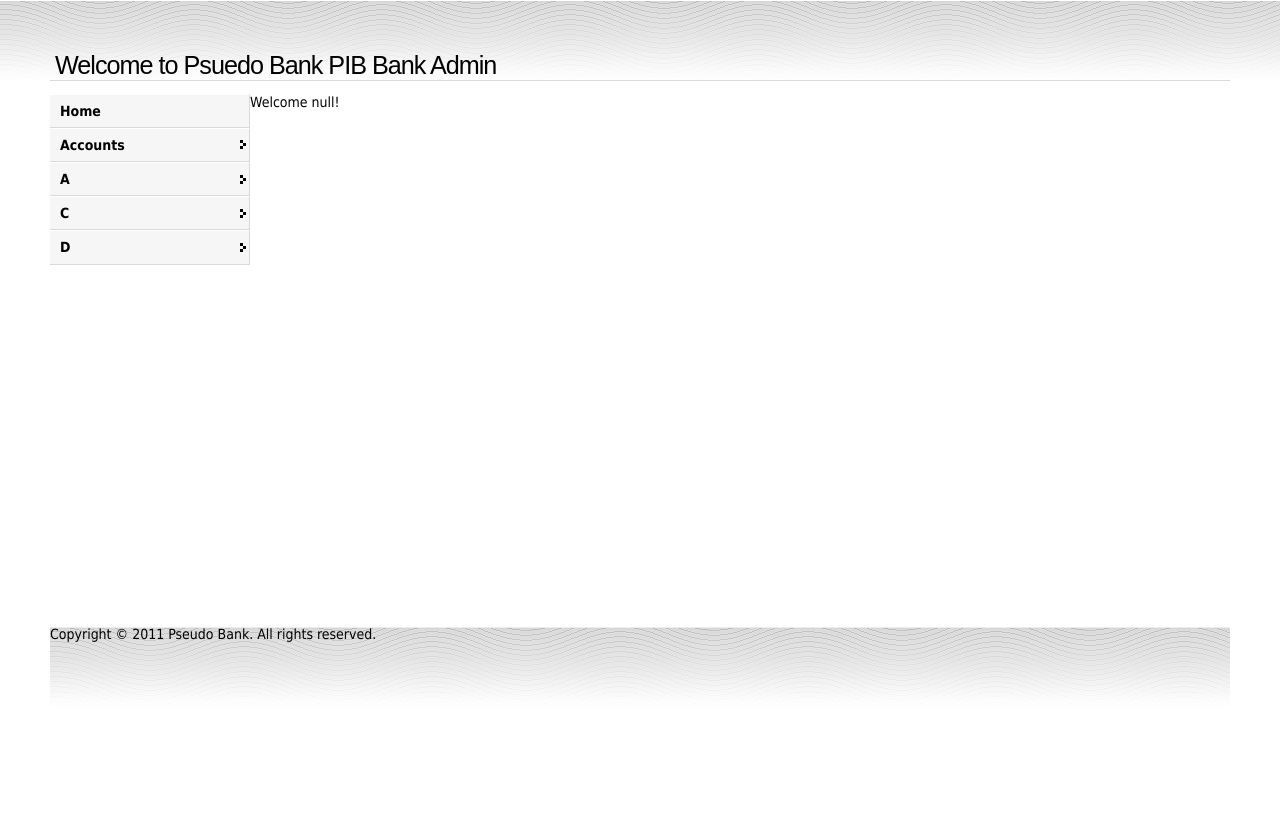
Repository: hareth12/Final-Year-Project
Page: http://localhost/bankAdmin/Landing/L2/landing.jsp
The author's editor kept a copy of each file at every save. The page is drawn from the files as they stood at one save, then again after the next save.
The browser window is 1280 px wide. The pictures show the whole page.
The page is served by Tomcat 9. Other server files are loaded and not shown.

Above is the page before, as saved 2011-09-30 06:13:48.

### bankAdmin/WebContent/Landing/L2/landing.jsp
<!DOCTYPE html PUBLIC "-//W3C//DTD XHTML 1.0 Transitional//EN" "http://www.w3.org/TR/xhtml1/DTD/xhtml1-transitional.dtd">
<html xmlns="http://www.w3.org/1999/xhtml" xml:lang="en" lang="en">
<head>
<title>Psuedo Bank Personal Internal Banking</title>
<meta http-equiv="Content-Type" content="text/html; charset=utf-8" />
<meta name="author" content="Tom@Lwis (http://www.lwis.net/free-css-drop-down-menu/)" />
<meta name="keywords" content="css, dropdowns, dropdown menu, drop-down, menu, navigation, nav, horizontal, vertical left-to-right, vertical right-to-left, horizontal linear, horizontal upwards, cross browser, internet explorer, ie, firefox, safari, opera, browser, lwis" />
<meta name="description" content="Simple vertical left-to-right direction css drop-down menu demo using clean, standards-friendly, free, easy, cross browser framework for css drop-down menus" />
<link href="/bankAdmin/asset/secured/helper.css" media="screen" rel="stylesheet" type="text/css" />

<style type="text/css">

/* Layout */
@import "/bankAdmin/asset/secured/dropdown.css";
@import "/bankAdmin/asset/secured/dropdown.vertical.css";

/* Theme */
@import "/bankAdmin/asset/secured/default.css";

</style>


</head>
<body>
<div id="wrap">  <!-- This wrap div needs to encompass everything except the footer div at bottom -->
<h1>Welcome to Psuedo Bank PIB Bank Admin</h1>

<ul id="nav" class="dropdown dropdown-vertical">
    <li><a href="#">Home</a></li>
    <li class="dir">Accounts
        <ul>
            <li><a href="/bankAdmin/AccountCreation">Accounts Creation</a></li>
            <li><a href="/bankAdmin/AccountActivation">Accounts Activation</a></li>
                <ul>
                    <li><a href="./">1</a></li>
                    <li><a href="./">2</a></li>
                    <li><a href="./">3</a></li>
                    <li><a href="./">4</a></li>
                    <li><a href="./">5</a></li>
                </ul>
            </li>
        </ul>
    </li>
    <li class="dir">A
        <ul>
            <li><a href="#">1</a></li>
            <li><a href="#">2</a></li>
            <li><a href="#">3</a></li>
        </ul>
    </li>
    <li class="dir">C
        <ul>
            <li><a href="./">1</a></li>
            <li><a href="./">2</a></li>
            <li><a href="./">3</a></li>
        </ul>
    </li>
    <li class="dir">D</a>
        <ul>
            <li><a href="./">1</a></li>
        </ul>
    </li>
</ul>
	<div id="main">
	Welcome <%=((String)request.getAttribute("userName")) %>!

	</div>

</div>

<div class="footer">
	<div id="foot"> <!-- this extra div is just centering the fixed width area of the footer content -->

    <p>Copyright &copy; 2011 Pseudo Bank. All rights reserved.</p>
    </div>
</div>

</body>


</html>

### bankAdmin/WebContent/asset/secured/helper.css

* {
 margin: 0;
 padding: 0;
}

body {
 padding: 50px;
 border-top: solid 1px #fff;
 background: #fff url(images/pattern1.png) 0 0 repeat-x;
 font: 14px/normal Tahoma, Arial, Helvetica, sans-serif;
}

html, body{height: 100%;}

#wrap {min-height: 80%;}

#main {overflow:auto;
    padding-bottom: 20%;}  /* must be same height as the footer */

footer {

 position: relative;
 margin-top: -20%;
 height: 20%;
 clear:both;
 text-align: center;
 width:100%;
}

/* Footer */
#footer {background: #444444 url('images/footer.gif') repeat-x;color:#ffffff;font-size:11px;font-family:Verdana, Arial, sans-serif}
#footer2 {background-color: #444444;color:#ffffff;font-size:11px;font-family:Verdana, Arial, sans-serif;height:140px}
#footer a, #footer2 a {color:#ffffff;text-decoration:underline}
#footer a:hover, #footer2 a:hover {color:#804249;text-decoration:underline}
#footer a:visited, #footer2 a:visited  {color:#ffffff;text-decoration:underline}
#footer p, #footer2 p {margin:0 0 15px 0}
#footer p.axe img, #footer2 p.axe img {margin-bottom:-7px}
#foot {width:100%;margin:0 auto;background: url('images/pattern1.png') repeat-x;height:140px;line-height:1.1em;padding: 0;}
#foot2 {width:800px;margin:0 auto;height:140px;line-height:1.1em;padding:0 10px 0 10px}
#foot #left {width:400px;float:left;padding-top:72px}
#foot #right {width:250px;float:right;text-align:right;padding-top:72px}
#foot2 #left {width:450px;float:left;padding-top:45px}
#foot2 #right {width:250px;float:right;text-align:right;padding-top:45px}

.clearfix:after {content: ".";display: block;height: 0;clear: both;visibility: hidden}
.clearfix {display: inline-block}
* html .clearfix {height: 1%}
.clearfix {display: block}


p { margin-bottom: 1em; }

ul.classic {
 list-style: disc;
 margin-bottom: 1em;
 padding-left: 2em;
}

h1,h2,h3 {
 margin-bottom: .5em;
 font-family: Arial, Helvetica, sans-serif;
 line-height: normal;
}

h1 {
 border-bottom: solid 1px #d9d9d9;
 font-weight: normal;
 font-size: 180%;
 text-indent: 5px;
 letter-spacing: -1px;
}

.dropdown-upward {
 margin-top: 400px !important;
}

### bankAdmin/WebContent/asset/secured/dropdown.css
@charset "UTF-8";

/**
 * Horizontal CSS Drop-Down Menu Module
 *
 * @file        dropdown.css
 * @package     Dropdown
 * @version     0.7.1
 * @type        Transitional
 * @stacks      597-599
 * @browsers    Windows: IE6+, Opera7+, Firefox1+
 *              Mac OS: Safari2+, Firefox2+
 *
 * @link        http://www.lwis.net/
 * @copyright   2006-2008 Live Web Institute. All Rights Reserved.
 *
 */

ul.dropdown,
ul.dropdown li,
ul.dropdown ul {
 list-style: none;
 margin: 0;
 padding: 0;
}

ul.dropdown {
 position: relative;
 z-index: 597;
 float: left;
}

ul.dropdown li {
 float: left;
 line-height: 1.3em;
 vertical-align: middle;
 zoom: 1;
}

ul.dropdown li.hover,
ul.dropdown li:hover {
 position: relative;
 z-index: 599;
 cursor: default;
}

ul.dropdown ul {
 visibility: hidden;
 position: absolute;
 top: 100%;
 left: 0;
 z-index: 598;
 width: 100%;
}

ul.dropdown ul li {
 float: none;
}

ul.dropdown ul ul {
 top: 1px;
 left: 99%;
}

ul.dropdown li:hover > ul {
 visibility: visible;
}

### bankAdmin/WebContent/asset/secured/dropdown.vertical.css
@charset "UTF-8";

/**
 * Vertical Left-to-Right Direction CSS Drop-Down Menu Component
 *
 * @file		dropdown.vertical.css
 * @package		Dropdown
 * @version		0.3
 * @type		Transitional
 * @requires	dropdown.css
 * @browsers	Windows: IE5+, Opera7+, Firefox1+
 *				Mac OS: Safari2+, Firefox2+
 *
 * @link		http://www.lwis.net/
 * @copyright	2006-2008 Live Web Institute. All Rights Reserved.
 *
 */

@import "dropdown.css";

ul.dropdown-vertical {
 width: 200px;
}

ul.dropdown-vertical ul {
 top: 1px;
 left: 99%;
}

ul.dropdown-vertical li {
 float: none;
}

### bankAdmin/WebContent/asset/secured/default.css
@charset "UTF-8";

/**
 * Default CSS Drop-Down Menu Theme
 *
 * @file		default.css
 * @name		Default
 * @version		0.1.1
 * @type		transitional
 * @browsers	Windows: IE5+, Opera7+, Firefox1+
 *				Mac OS: Safari2+, Firefox2+
 *
 * @link		http://www.lwis.net/
 * @copyright	2008 Live Web Institute. All Rights Reserved.
 *
 * Module Classes: *.dir {} *.on {} *.open {} li.hover {} li.first {} li.last {}
 * Expected directory tag - li
 *
 */


/*-------------------------------------------------/
 * @section		Base Drop-Down Styling
 * @structure	ul (unordered list)
 *				ul li (list item)
 *				ul li a (links)
 *				/*\.class|(li|a):hover/
 * @level sep	ul
 */


ul.dropdown {
 font-weight: bold;
}

	ul.dropdown li {
	 padding: 7px 10px;
	 border-style: solid;
	 border-width: 1px 1px 1px 0;
	 border-color: #fff #d9d9d9 #d9d9d9;
	 background-color: #f6f6f6;
	 color: #000;
	}

	ul.dropdown li.hover,
	ul.dropdown li:hover {
	 background-color: #eee;
	 color: #000;
	}

	ul.dropdown a:link,
	ul.dropdown a:visited	{ color: #000; text-decoration: none; }
	ul.dropdown a:hover		{ color: #000; }
	ul.dropdown a:active	{ color: #ffa500; }


	/* -- level mark -- */

	ul.dropdown ul {
	 width: 150px;
	 margin-top: 1px;
	}

		ul.dropdown ul li {
		 font-weight: normal;
		}



/*-------------------------------------------------/
 * @section		Support Class `dir`
 * @level sep	ul, .class
 */


ul.dropdown *.dir {
 padding-right: 20px;
 background-image: url(../secured/images/nav-arrow-down.png);
 background-position: 100% 50%;
 background-repeat: no-repeat;
}


/* -- Components override -- */

ul.dropdown-horizontal ul *.dir {
 padding-right: 15px;
 background-image: url(../secured/images/nav-arrow-right.png);
 background-position: 100% 50%;
 background-repeat: no-repeat;
}

ul.dropdown-upward *.dir {
 background-image: url(../secured/images/nav-arrow-top.png);
}

ul.dropdown-vertical *.dir,
ul.dropdown-upward ul *.dir {
 background-image: url(../secured/images/nav-arrow-right.png);
}

ul.dropdown-vertical-rtl *.dir {
 padding-right: 10px;
 padding-left: 15px;
 background-image: url(../secured/images/nav-arrow-left.png);
 background-position: 0 50%;
}

After the next save:
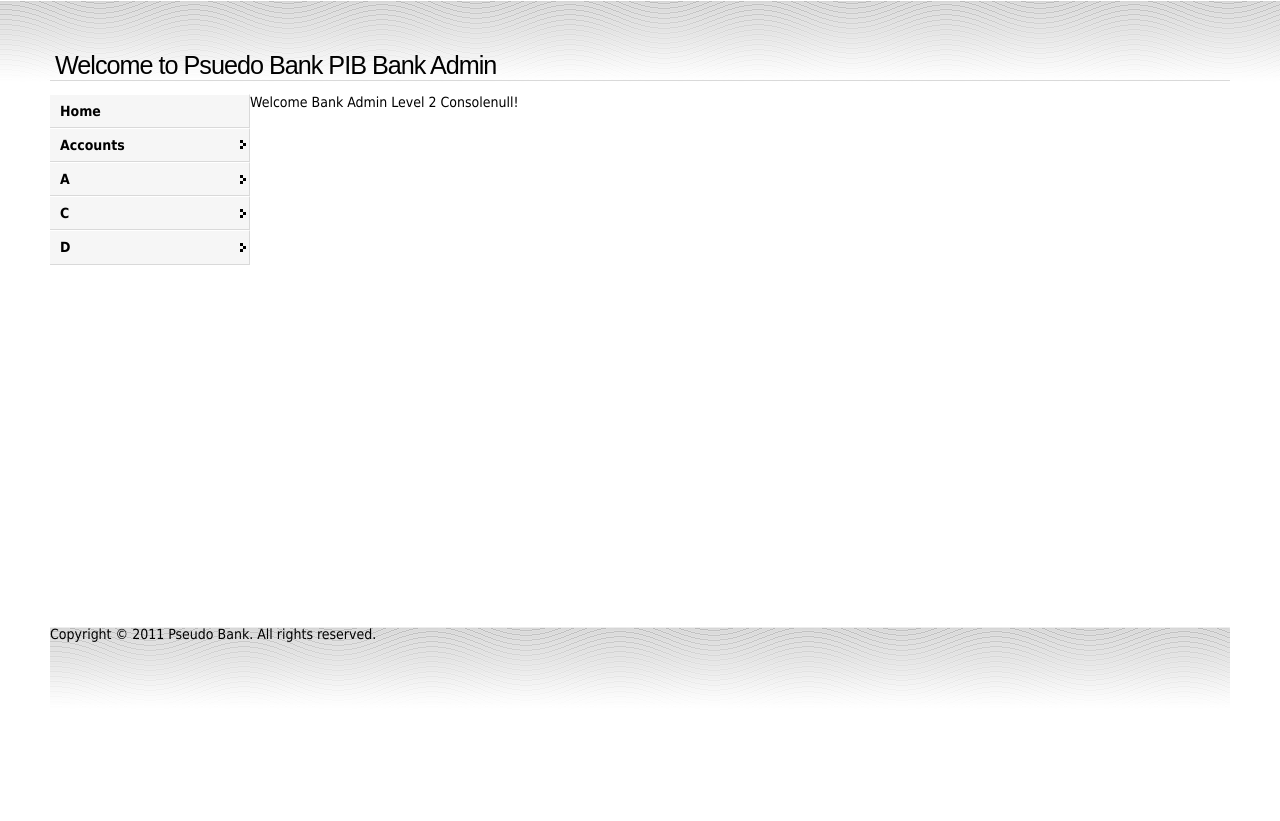
Saved 27 s later.
--- a/bankAdmin/WebContent/Landing/L2/landing.jsp
+++ b/bankAdmin/WebContent/Landing/L2/landing.jsp
@@ -62,7 +62,7 @@
     </li>
 </ul>
 	<div id="main">
-	Welcome <%=((String)request.getAttribute("userName")) %>!
+	Welcome Bank Admin Level 2 Console<%=((String)request.getAttribute("userName")) %>!
 
 	</div>
 
